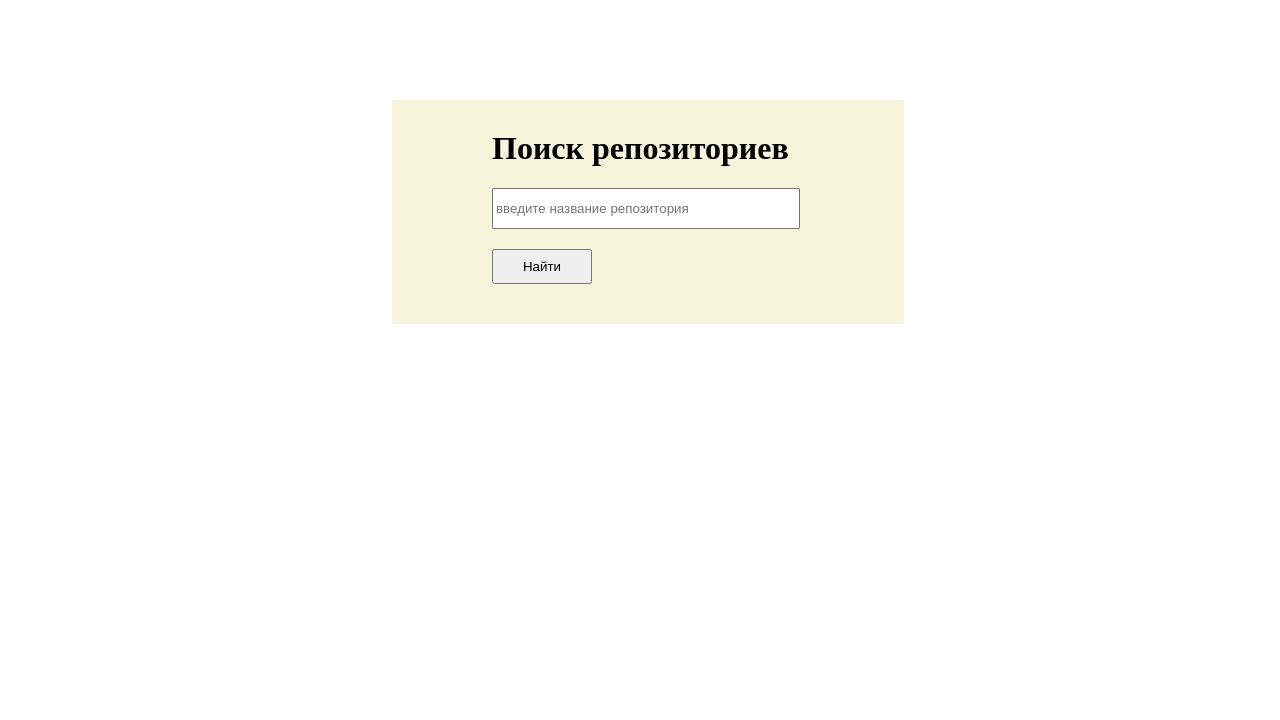
Repository: Grid-Master/repositoriesSearch
Page: index.html
The author's editor kept a copy of each file at every save. The page is drawn from the files as they stood at one save, then again after the next save.
The browser window is 1280 px wide. The pictures show the whole page.

Above is the page before, as saved 2023-03-06 01:16:02.

### index.html
<!DOCTYPE html>
<html lang="en">
  <head>
    <meta charset="UTF-8" />
    <meta http-equiv="X-UA-Compatible" content="IE=edge" />
    <meta name="viewport" content="width=device-width, initial-scale=1.0" />
    <title>git</title>
    <style>
      form {
        margin: 100px;
        margin-bottom: 0;
      }
      button {
        width: 100px;
        height: 35px;
        margin-bottom: 10px;
      }
      input {
        width: 300px;
        height: 35px;
        margin-bottom: 20px;
        margin-right: 30px;
      }
      ul {
        margin: 100px;
        margin-top: 0;
        display: flex;
        flex-direction: column;
        padding: 0;
        padding-bottom: 30px;
      }
      ul a {
        margin-top: 10px;
        text-decoration: none;
        font-size: 20px;
      }
      ul a:hover {
        background-color: aqua;
      }

      div {
        width: 40vw;
        background-color: beige;
        margin-left: 30vw;
        margin-right: 30vw;
      }
      h1 {
        padding-top: 30px;
      }
    </style>
  </head>
  <body>
    <div>
      <form id="form" onsubmit="searchRepositories(); return false">
        <h1>Поиск репозиториев</h1>
        <input id="reposName" type="text" placeholder="введите название репозитория" />
        <button type="submit">Найти</button>
      </form>
      <ul id="list"></ul>
    </div>
    <script src="./script.js"></script>
  </body>
</html>

### script.js
let repositories = [];

async function getRepositories() {
  let response = await fetch(`https://api.github.com/repositories`);
  repositories = await response.json();
}

async function searchRepositories() {
  let name = document.getElementById('reposName').value;
  let list = document.getElementById('list');
  let repositoriesNames = [];

  list.innerHTML = null;

  if (name) {
    await getRepositories();
    repositories.map((repository) => repositoriesNames.push(repository.name));
    console.log(repositories);
    for (let i = 0; i < repositories.length; i++) {
      if (list.childNodes.length == 20) {
        break;
      } else if (repositoriesNames[i].toLowerCase().includes(name.toLowerCase())) {
        let li = document.createElement('li');
        let link = document.createElement('a');
        link.setAttribute('href', repositories[i].html_url);
        link.setAttribute('target', '_blank');
        link.innerText = `Репозиторий - ${repositoriesNames[i]}`;
        li.innerHTML = link;
        list.append(link, `Id - ${repositories[i].id}  Создатель - ${repositories[i].owner.login}`);
      }
    }
    if (!list.hasChildNodes()) {
      list.append('Ошибка. Ничего не найдено');
    }
    document.getElementById('reposName').value = '';
  }
}

After the next save:
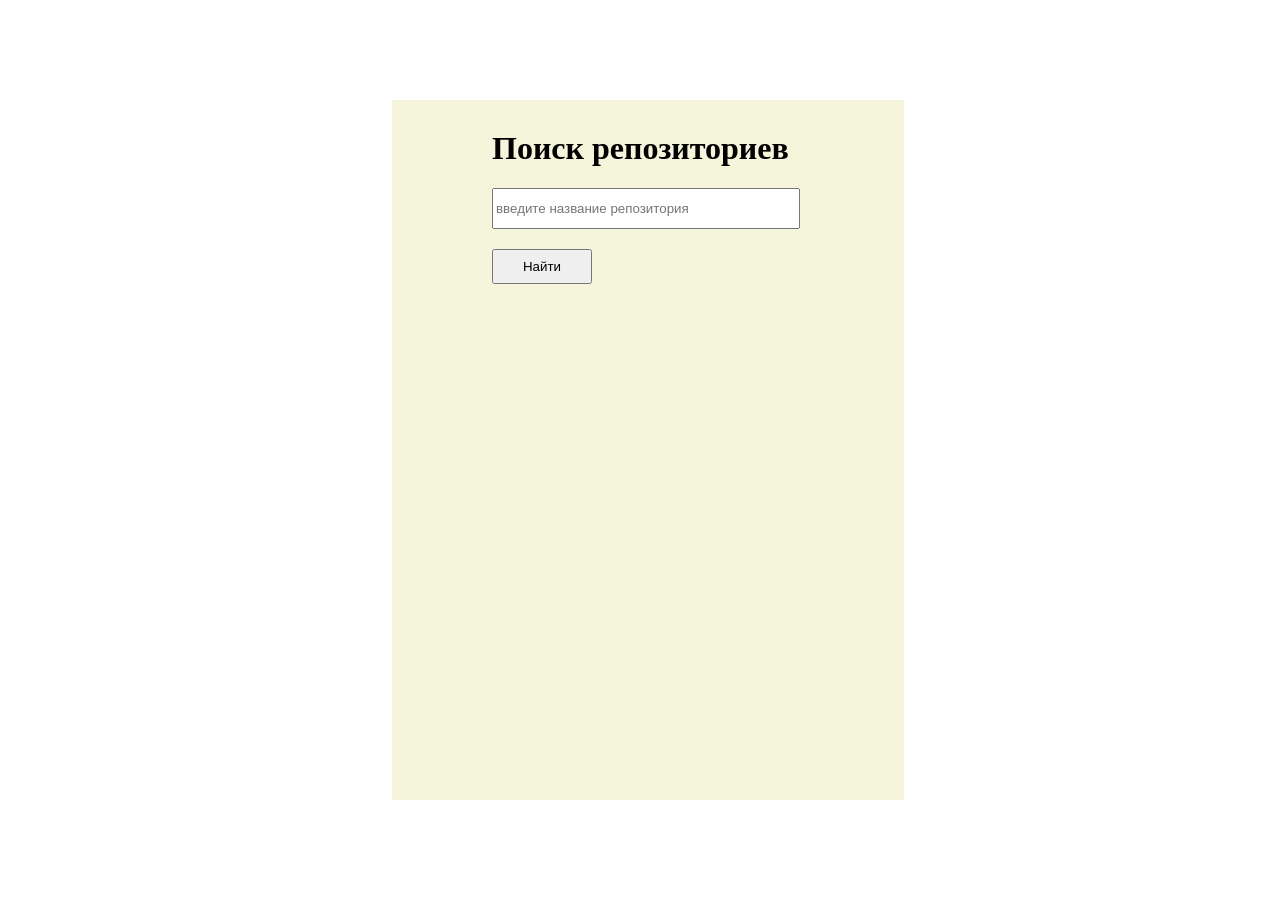
Saved 7 days later.
--- a/index.html
+++ b/index.html
@@ -9,6 +9,7 @@
       form {
         margin: 100px;
         margin-bottom: 0;
+        height: 670px;
       }
       button {
         width: 100px;
